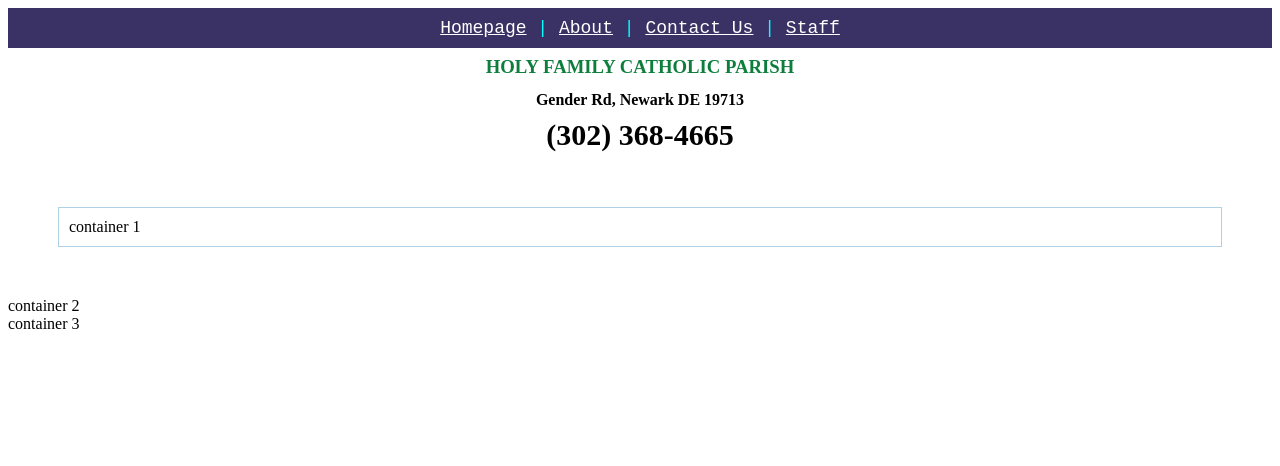
Repository: ficotims/HTML-RESTART
Page: Homepage.html
An editor plug-in stored every save of this project. The page is shown before and after the next save, followed by the edit.
The browser window is 1280 px wide. The pictures show the whole page.

Above is the page before, as saved 2026-02-10 22:35:36.

After the next save:
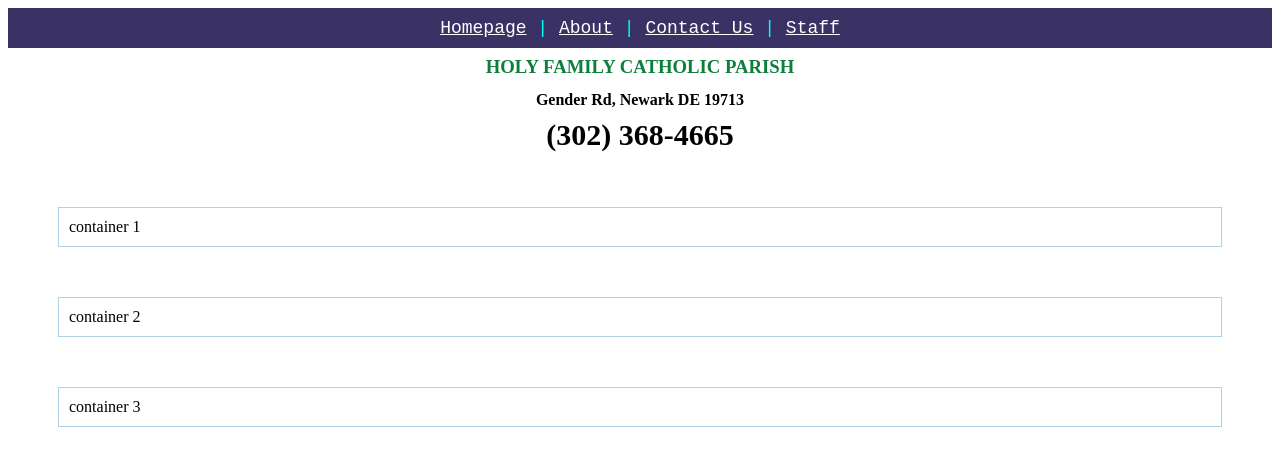
Saved 21 s later.
--- a/Homepage.html
+++ b/Homepage.html
@@ -28,10 +28,10 @@
   <div class="carton">
     container 1
   </div>
-  <div>
+  <div class="carton">
     container 2
   </div>
-  <div>
+  <div class="carton">
     container 3
   </div>
 
